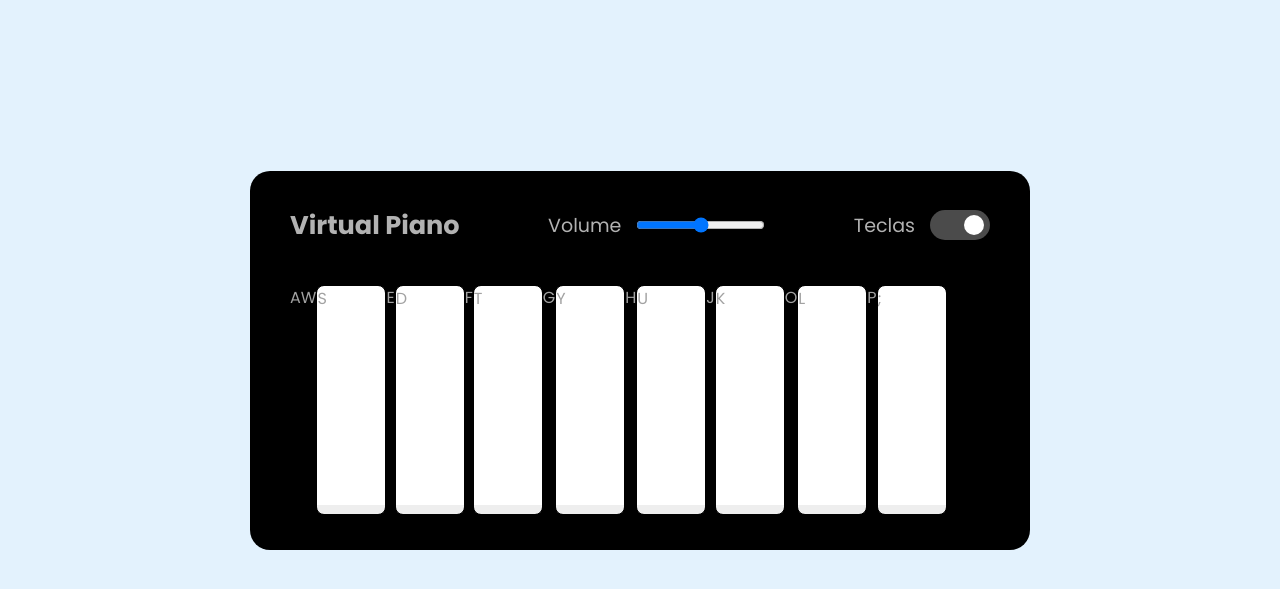
Repository: gustavotwist/simulador-piano
Page: index.html
An editor plug-in stored every save of this project. The page is shown before and after the next save, followed by the edit.
The browser window is 1280 px wide. The pictures show the whole page.

Above is the page before, as saved 2024-11-30 17:52:06.

After the next save:
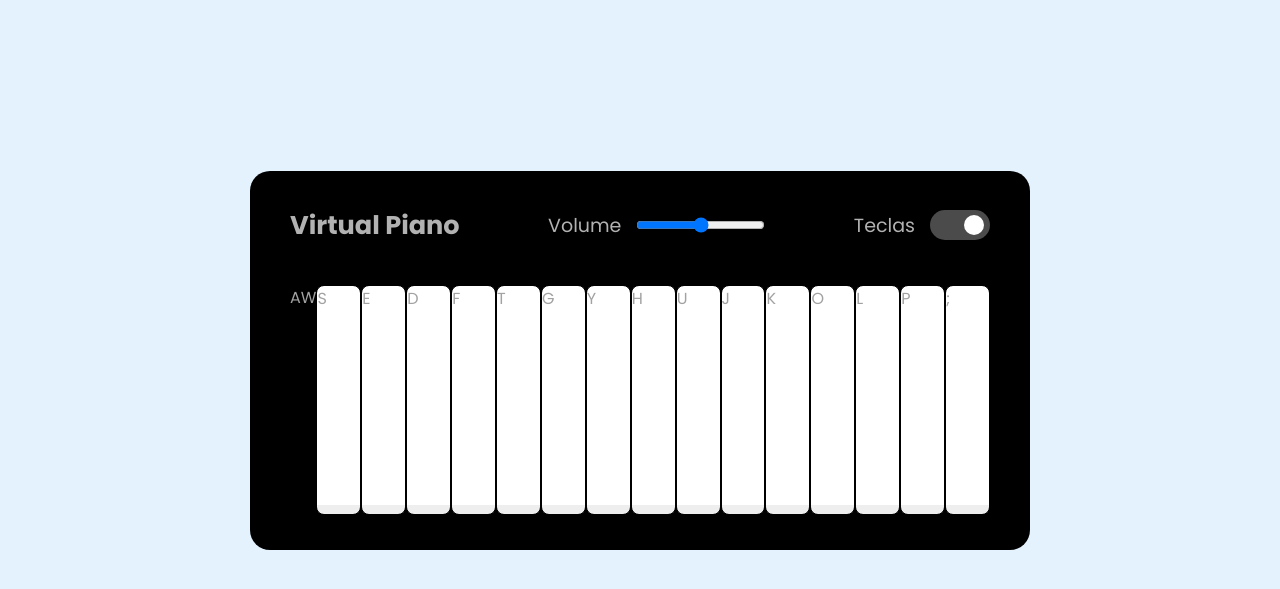
Saved 8 s later.
--- a/src/styles/main.css
+++ b/src/styles/main.css
@@ -90,7 +90,7 @@ header .column span {
     background: linear-gradient(#fff 96%, #eee 4%);
 }
 
-.piano-keys .white {
+.piano-keys .black {
     width: 70px;
     height: 230px;
     border: 1px solid black;
